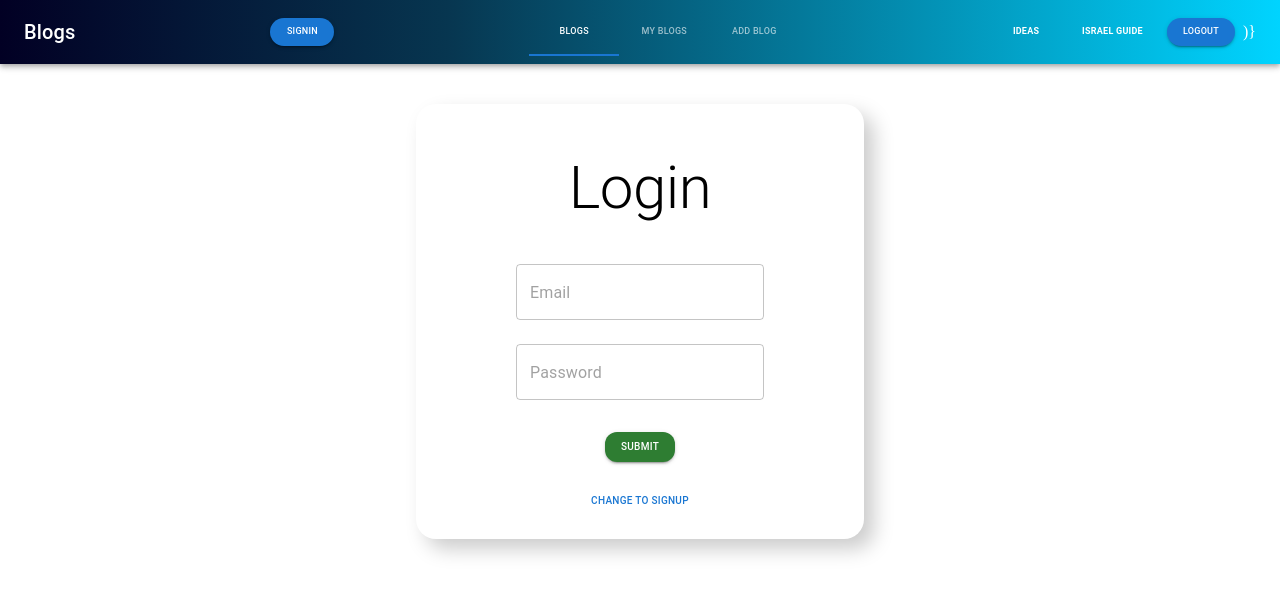
Repository: LolaSL/myBlogs
Page: /auth (app in frontend/)
These files come from the project's save history. The page is drawn as it stood at one moment and after the next save; the edit follows.
The browser window is 1280 px wide. The pictures show the whole page.
The project was rebuilt for these pictures with package versions that can differ from the ones it lists, and the page was loaded fresh each time. Also part of the build but not shown: frontend/src/components/Blog.jsx, frontend/src/components/Blogs.jsx, frontend/src/components/UserBlog.jsx, frontend/src/components/BlogDetails.jsx, frontend/src/components/AddBlog.jsx, frontend/src/pages/HotelTips.jsx, frontend/src/pages/TouristTips.jsx, frontend/src/pages/Journey.jsx and 7 more. Imported but missing from the stored project, and not drawn on this page: frontend/src/components/videos/video.webm.

Above is the page before, as saved 2024-04-11 15:31:34.

After the next save:
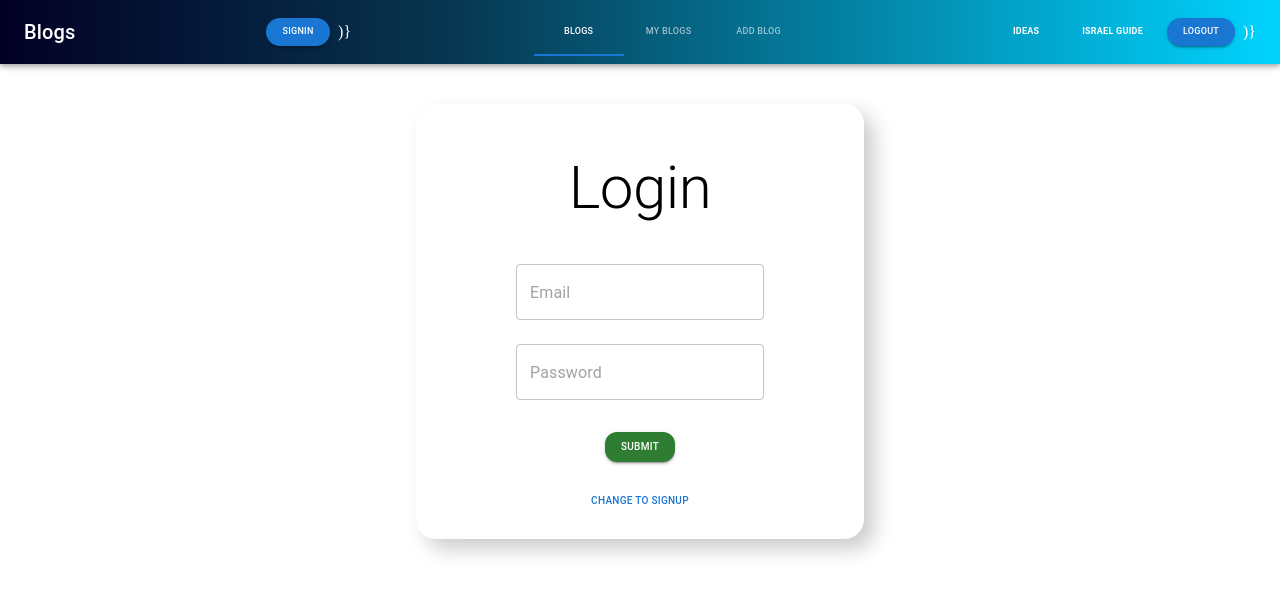
Saved 55 s later.
--- a/frontend/src/components/Header.jsx
+++ b/frontend/src/components/Header.jsx
@@ -56,7 +56,7 @@ const Header = () => {
         <Typography className={classes.font} variant="h6">
           Blogs
         </Typography>
-        {!isLoggedIn && (
+        {/* {!isLoggedIn && ( */}
           <Box
             fontSize="9px"
             position="right"
